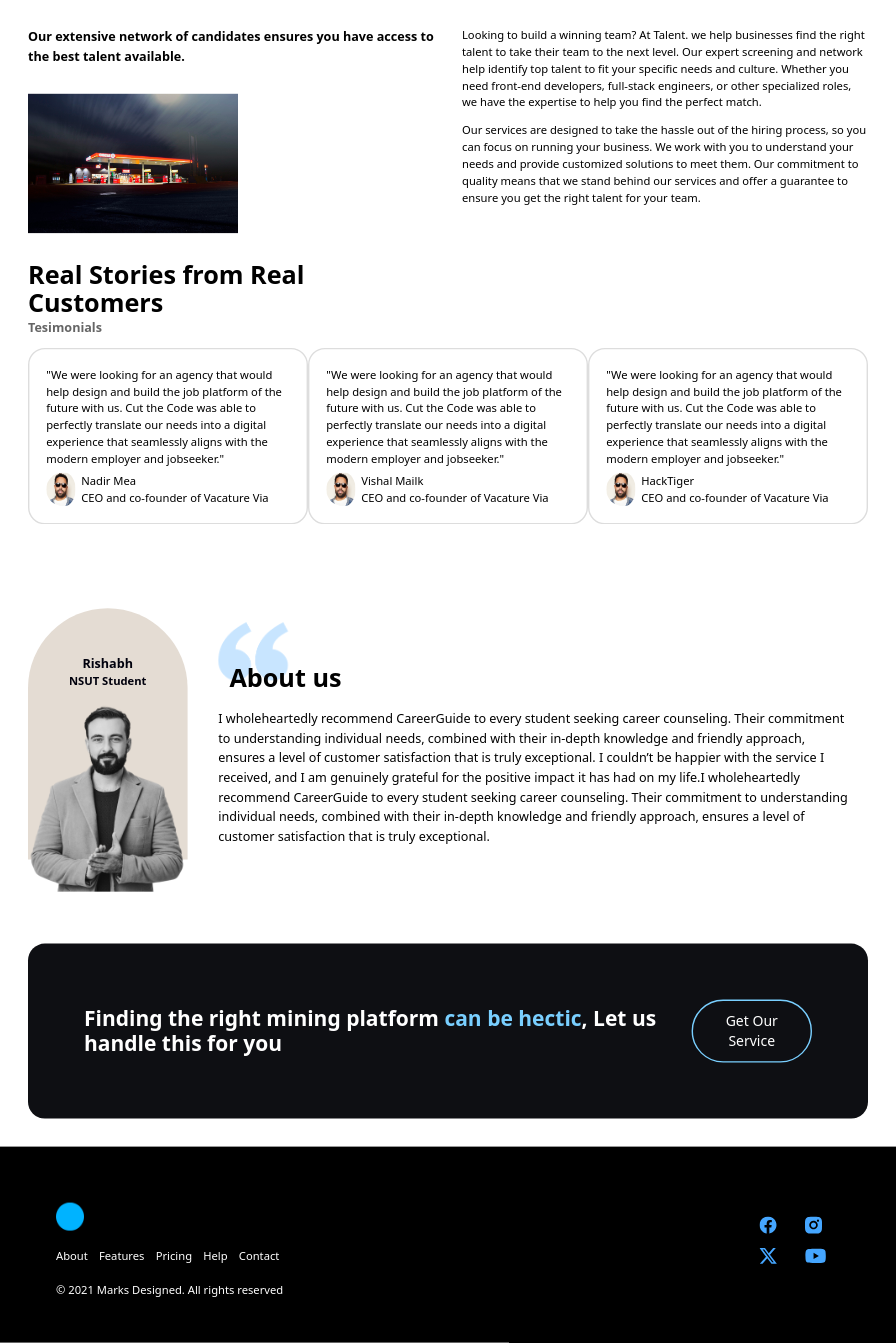
Repository: ayushtenguria/uniteksol
Page: /
The author's editor kept a copy of each file at every save. The page is drawn from the files as they stood at one save, then again after the next save.
The browser window is 1280 px wide. The pictures show the part of the page from y = 1050 to 2970 px (the page is 2968 px tall before and 2970 px after), at 70% of full size.
The project was rebuilt for these pictures with package versions that can differ from the ones it lists, and the page was loaded fresh each time. The framework's server and built-in components were replaced by stand-ins that run in the browser. Also part of the build but not shown: next.config.mjs.

Above is the page before, as saved 2024-02-23 21:09:50.

### pages/index.js
import Image from "next/image";
import { Inter } from "next/font/google";
import Layout from "@/components/Layout";
import Hero from "@/components/Hero";
import CompanyLogos from "@/components/companyLogos";
import Story from "@/components/Story";
import ServiceBanner from "@/components/serviceBanner";
import About from "@/components/About";
import Testimonials from "@/components/Testimonials";

const inter = Inter({ subsets: ["latin"] });

export default function Home() {
  return (
    <Layout>
      <Hero></Hero>
      <CompanyLogos></CompanyLogos>
      <Story></Story>
      <Testimonials></Testimonials>
      <About></About>
      <ServiceBanner></ServiceBanner>
    </Layout>
  );
}

### styles/globals.css
@tailwind base;
@tailwind components;
@tailwind utilities;

/* 79CFFF */

.btn-blue{
  background-color: #79CFFF;
  border-radius: 50px;
  padding: 5px 10px;
  font-weight: 500;
  margin-left: 4px;
}

.btn-black{
  background-color: #333333;
  color: #79CFFF;
  border-radius: 50px;
  padding: 15px 40px;
  font-weight: 500;
}

.btn-blueht{
  background-color: #0E0F13;
  color: #ffffff;
  border-radius: 50px;
  border: 2px solid #79CFFF;
  padding: 15px 40px;
  font-weight: 500;
}

### components/Layout.js
import Footer from "./Footer";
import Nav from "./Nav";

export default function Layout({children}){
    return(
        <div className="">
            <Nav></Nav>
                {children}
            <Footer></Footer>
        </div>
    )
}

### components/Hero.js
import Image from "next/image";
import Card from "./Card";

export default function Hero() {
  return (
    <div className="flex gap-4 m-10 grid-cols-2 justify-between text-fontBlack">
      <div className="w-1/2">
        <div className="my-10">
          <h1 className="text-4xl font-bold mb-6">
            We build your dream house with our passion
          </h1>
          <p className="text-lg font-semibold mb-6">
            Our core goal is to respond to today's{" "}
            <span className="underline">dynamic marked</span> by equipping our
            customers with the digital tools they need to remain competitive,
            build their business, and empower the consumer experience.
          </p>
          <button className="btn-black text-lg">Learn More</button>
        </div>
        <div>
          <div className="flex gap-4">
            <Card bgColor={"landingGray"}>
              <span className="text-lg font-bold pb-2">362</span>
              <br></br>Lorem ipsum dolor amet, consectetur adipiscing elit.
              Faucibus in libero.Lorem ipsum dolor amet,
            </Card>
            <Card bgColor={"landingBlue"}>
              <span className="text-lg font-bold pb-2">178K+</span>
              <br></br>
              Lorem ipsum dolor amet, consectetur adipiscing elit. Faucibus in
              libero.Lorem ipsum dolor amet,
            </Card>
          </div>
          <div>
            <Card bgColor={"landingGray"}>
              <div className="flex">
                <span className="text-lg font-bold pb-2">Title</span>
                <br></br>Lorem ipsum dolor amet, consectetur adipiscing elit.
                Faucibus in libero.Lorem ipsum dolor amet,
                <Image src="/home.png" width={200} height={200}></Image>
              </div>
            </Card>
          </div>
        </div>
      </div>
      <div className="w-1/2">
        <Image
          src="/pump2.jpg"
          width={800}
          height={800}
          alt="Petrol pump image"
        ></Image>
      </div>
    </div>
  );
}

### components/Story.js
import Image from "next/image";

export default function Story() {
  return (
    <div className="m-10 mt-20">
        <div><h2 className="text-4xl font-bold pb-10">Our Story</h2></div>
      <div className="flex gap-10">
        <div className="w-1/2">
          <h4 className="text-lg font-semibold pb-10">
            Our extensive network of candidates ensures you have access to the
            best talent available.
          </h4>
          <Image src="/pump3.jpg" width={300} height={300}></Image>
        </div>
        <div className="w-1/2">
          <p className="mb-4">
            Looking to build a winning team? At Talent. we help businesses find
            the right talent to take their team to the next level. Our expert
            screening and network help identify top talent to fit your specific
            needs and culture. Whether you need front-end developers, full-stack
            engineers, or other specialized roles, we have the expertise to help
            you find the perfect match.
          </p>
          <p>
            Our services are designed to take the hassle out of the hiring
            process, so you can focus on running your business. We work with you
            to understand your needs and provide customized solutions to meet
            them. Our commitment to quality means that we stand behind our
            services and offer a guarantee to ensure you get the right talent
            for your team.
          </p>
        </div>
      </div>
    </div>
  );
}

### components/serviceBanner.js
export default function ServiceBanner(){
    return(
        <div className="bg-landingBlack m-10 text-white p-20 rounded-3xl flex justify-between items-center font-semibold">
            <div className="text-3xl mr-10">
                Finding the right mining platform <span className="text-landingBlue">can be hectic</span>, Let us handle this for you
            </div>
            <div>
                <button className="btn-blueht text-xl">Get Our Service</button>
            </div>
        </div>
    )
}

### components/About.js
import Image from "next/image";

export default function About(){
    return(
        <div className="flex m-10 py-20 gap-6">
            <div className="bg-[#E4DCD3] rounded-t-full">
                <div className="flex justify-center relative top-16">
                    <p className="text-[#00010D] font-semibold"><span className="font-semibold flex justify-center text-lg">Rishabh</span> NSUT Student</p>
                </div>

                <Image src="/Person.png" width={1400} height={1400} className="relative top-20"></Image>
            </div>
            <div className="m-5">
                <Image src='/quote.png' width={100} height={100} className="relative z-0"></Image>
                <h2 className="text-4xl font-bold relative z-30 bottom-6 ml-4">
                    About us
                </h2>
                <p className="text-lg font-medium">
                I wholeheartedly recommend CareerGuide to every student seeking career counseling. Their commitment to understanding individual needs, combined with their in-depth knowledge and friendly approach, ensures a level of customer satisfaction that is truly exceptional. I couldn’t be happier with the service I received, and I am genuinely grateful for the positive impact it has had on my life.I wholeheartedly recommend CareerGuide to every student seeking career counseling. Their commitment to understanding individual needs, combined with their in-depth knowledge and friendly approach, ensures a level of customer satisfaction that is truly exceptional.
                </p>
            </div>
        </div>
    )
}

### components/Testimonials.js
import { TESTIMONIALS } from "@/constants/constants";
import Image from "next/image";
import Card from "./Card";
import SimpleSlider from "./SimpleSlider";
import Slider from "./SimpleSlider";

export default function Testimonials() {
  return (
    <div className="m-10">
      <div className="mb-4">
        <h1 className="w-1/3 text-4xl font-bold">
          Real Stories from Real Customers
        </h1>
        <p className="text-[#656565] font-semibold text-lg">Tesimonials</p>
      </div>

      <SimpleSlider dots={false} noOfSlides={3}>
        {TESTIMONIALS.map((t) => (
          <div className="rounded-3xl p-4 border-2 border-[#DDDDDD]">
            <div className="p-2">
              <div className="mb-2">"{t.description}"</div>
              <div className="flex">
                <Image src={t.src} width={50} height={50} className="rounded-full pr-2"></Image>
                <div>
                  <h3>{t.name}</h3>
                  <p>{t.designation}</p>
                </div>
              </div>
            </div>
          </div>
        ))}
      </SimpleSlider>
    </div>
  );
}

### components/Footer.js
import { FOOTER_LINKS } from "@/constants/constants";
import Image from "next/image";
import Link from "next/link";
import Socials from "./Socials";

export default function Footer() {
  return (
    <div className="w-screen h-full bg-black text-white flex justify-between p-20 pb-16">
      <div>
        <Image
          src="/blue-dot.png"
          width={40}
          height={40}
          alt="logo of company"
        ></Image>
        <div className="flex gap-4 my-6">
          {FOOTER_LINKS.map((item) => (
            <Link href={item.href}>{item.label}</Link>
          ))}
        </div>
      <div>© 2021 Marks Designed. All rights reserved</div>
      </div>
      <div>
        <Socials></Socials>
      </div>
    </div>
  );
}

### components/Nav.js
import { NAV_LINKS } from "@/constants/constants";
import Image from "next/image";
import Link from "next/link";

export default function Nav() {
  return (
    <div className="flex justify-between m-10">
      <div>
        <Image
          src="/blue-dot.png"
          width={40}
          height={40}
          alt="logo of company"
        ></Image>
      </div>
      <div className="hidden h-full lg:flex">
        {NAV_LINKS.map((item) => (
          <Link href={item.href} key={item.key} className="p-4">
            {item.label}
          </Link>
        ))}
        <button className="btn-blue">Book an Appointment!</button>
      </div>

      <div className="inline-block cursor-pointer lg:hidden">
        <svg
          xmlns="http://www.w3.org/2000/svg"
          fill="none"
          viewBox="0 0 24 24"
          stroke-width="1.5"
          stroke="currentColor"
          class="w-8 h-8"
        >
          <path
            stroke-linecap="round"
            stroke-linejoin="round"
            d="M3.75 6.75h16.5M3.75 12h16.5m-16.5 5.25h16.5"
          />
        </svg>
      </div>
    </div>
  );
}

### components/Card.js
export default function Card({title,bgColor,children,textColor}){
    const bgColorClass = bgColor ? `bg-${bgColor}` : "bg-black";
    const textColorClass = textColor ? `text-${textColor}` : "text-black";
    return(
        // <div className={bgColorClass+" rounded-lg border-2 border-black p-4 my-2" + textColorClass}>
        <div className={`bg-landingGray rounded-3xl p-4 m-2`}>
            {children}
        </div>
    )
}

### constants/constants.js
export const NAV_LINKS = [
    { href: '/solution', key: 'solution', label: 'Our Solution' },
    { href: '/nocode', key: 'no_code', label: 'No-Code' },
    { href: '/projects', key: 'projects', label: 'Projects' },
    { href: '/about', key: 'about', label: 'About us' },
    { href: '/contact', key: 'contact', label: 'Contact' }
];

export const FOOTER_LINKS = [
    { href: '/about', key: 'about', label: 'About' },
    { href: '/features', key: 'features', label: 'Features' },
    { href: '/pricing', key: 'pricing', label: 'Pricing' },
    { href: '/help', key: 'help', label: 'Help' },
    { href: '/contact', key: 'contact', label: 'Contact' }
];

export const TESTIMONIALS = [
    { src:'/testi1.png',name: 'Nadir Mea', designation:'CEO and co-founder of Vacature Via', key: 'about', description: 'We were looking for an agency that would help design and build the job platform of the future with us. Cut the Code was able to perfectly translate our needs into a digital experience that seamlessly aligns with the modern employer and jobseeker.' },
    { src:'/testi1.png',name: 'Vishal Mailk', designation:'CEO and co-founder of Vacature Via', key: 'about', description: 'We were looking for an agency that would help design and build the job platform of the future with us. Cut the Code was able to perfectly translate our needs into a digital experience that seamlessly aligns with the modern employer and jobseeker.' },
    { src:'/testi1.png',name: 'HackTiger', designation:'CEO and co-founder of Vacature Via', key: 'about', description: 'We were looking for an agency that would help design and build the job platform of the future with us. Cut the Code was able to perfectly translate our needs into a digital experience that seamlessly aligns with the modern employer and jobseeker.' },
    { src:'/testi1.png',name: 'Rishabh', designation:'CEO and co-founder of Vacature Via', key: 'about', description: 'We were looking for an agency that would help design and build the job platform of the future with us. Cut the Code was able to perfectly translate our needs into a digital experience that seamlessly aligns with the modern employer and jobseeker.' },
    { src:'/testi1.png',name: 'Nadir Mea', designation:'CEO and co-founder of Vacature Via', key: 'about', description: 'We were looking for an agency that would help design and build the job platform of the future with us. Cut the Code was able to perfectly translate our needs into a digital experience that seamlessly aligns with the modern employer and jobseeker.' },
    { src:'/testi1.png',name: 'Nadir Mea', designation:'CEO and co-founder of Vacature Via', key: 'about', description: 'We were looking for an agency that would help design and build the job platform of the future with us. Cut the Code was able to perfectly translate our needs into a digital experience that seamlessly aligns with the modern employer and jobseeker.' },
    { src:'/testi1.png',name: 'Nadir Mea', designation:'CEO and co-founder of Vacature Via', key: 'about', description: 'We were looking for an agency that would help design and build the job platform of the future with us. Cut the Code was able to perfectly translate our needs into a digital experience that seamlessly aligns with the modern employer and jobseeker.' },
]

### components/SimpleSlider.js
import "slick-carousel/slick/slick.css";
import "slick-carousel/slick/slick-theme.css";

import React from "react";
import Slider from "react-slick";

export default function SimpleSlider({children,dots,noOfSlides}) {
    var settings = {
      dots: dots,
      infinite: true,
      speed: 500,
      slidesToShow: noOfSlides,
      slidesToScroll: 1,
      initialSlide: 0,
      arrows:false,
      // autoplay: true,
      // speed: 3000,
      // autoplaySpeed: 3000,
      draggable:true,
      swipe:true,
      responsive: [
        {
          breakpoint: 1024,
          settings: {
            slidesToShow: 2,
            slidesToScroll: 1,
            infinite: true,
            dots: true
          }
        },
        {
          breakpoint: 600,
          settings: {
            slidesToShow: 1,
            slidesToScroll: 1,
            initialSlide: 1
          }
        },
        {
          breakpoint: 480,
          settings: {
            slidesToShow: 1,
            slidesToScroll: 1
          }
        }
      ]
    };
    return (
      <div className="slider-container">
        <Slider {...settings}>
        {children}
        </Slider>
      </div>
    );
  }

### components/Socials.js
export default function Socials() {
  return (
    <div>
      <div className="flex gap-10 m-5">
        <svg
          width="25"
          height="25"
          viewBox="0 0 25 25"
          fill="none"
          xmlns="http://www.w3.org/2000/svg"
        >
          <path
            d="M12.1528 0C5.4408 0 0 5.4408 0 12.1528C0 18.2182 4.44427 23.2458 10.2545 24.1585V15.6649H7.16771V12.1528H10.2545V9.47552C10.2545 6.43004 12.0677 4.74809 14.8446 4.74809C16.1741 4.74809 17.5644 4.98507 17.5644 4.98507V7.97465H16.0332C14.5226 7.97465 14.0523 8.91163 14.0523 9.87292V12.1528H17.4222L16.8839 15.6649H14.0523V24.1585C19.8613 23.2471 24.3056 18.217 24.3056 12.1528C24.3056 5.4408 18.8648 0 12.1528 0Z"
            fill="#45A6FF"
          />
        </svg>
        <svg
          width="25"
          height="25"
          viewBox="0 0 25 25"
          fill="none"
          xmlns="http://www.w3.org/2000/svg"
        >
          <path
            d="M12.1528 0C15.4547 0 15.8667 0.0121527 17.1622 0.0729166C18.4564 0.133681 19.3375 0.336632 20.1128 0.638021C20.9149 0.946702 21.5906 1.36476 22.2663 2.03924C22.8843 2.64675 23.3624 3.38162 23.6675 4.19271C23.9677 4.96684 24.1719 5.84913 24.2326 7.1434C24.2898 8.43889 24.3056 8.85087 24.3056 12.1528C24.3056 15.4547 24.2934 15.8667 24.2326 17.1622C24.1719 18.4564 23.9677 19.3375 23.6675 20.1128C23.3633 20.9244 22.885 21.6594 22.2663 22.2663C21.6586 22.8841 20.9238 23.3622 20.1128 23.6675C19.3387 23.9677 18.4564 24.1719 17.1622 24.2326C15.8667 24.2898 15.4547 24.3056 12.1528 24.3056C8.85087 24.3056 8.43889 24.2934 7.1434 24.2326C5.84913 24.1719 4.96806 23.9677 4.19271 23.6675C3.3813 23.3631 2.6463 22.8848 2.03924 22.2663C1.42115 21.6589 0.942972 20.924 0.638021 20.1128C0.336632 19.3387 0.133681 18.4564 0.0729166 17.1622C0.0157985 15.8667 0 15.4547 0 12.1528C0 8.85087 0.0121527 8.43889 0.0729166 7.1434C0.133681 5.84792 0.336632 4.96806 0.638021 4.19271C0.942127 3.38112 1.42042 2.64605 2.03924 2.03924C2.64648 1.42094 3.38142 0.942727 4.19271 0.638021C4.96806 0.336632 5.84792 0.133681 7.1434 0.0729166C8.43889 0.0157985 8.85087 0 12.1528 0ZM12.1528 6.07639C10.5412 6.07639 8.99567 6.71658 7.85612 7.85612C6.71658 8.99567 6.07639 10.5412 6.07639 12.1528C6.07639 13.7643 6.71658 15.3099 7.85612 16.4494C8.99567 17.589 10.5412 18.2292 12.1528 18.2292C13.7643 18.2292 15.3099 17.589 16.4494 16.4494C17.589 15.3099 18.2292 13.7643 18.2292 12.1528C18.2292 10.5412 17.589 8.99567 16.4494 7.85612C15.3099 6.71658 13.7643 6.07639 12.1528 6.07639ZM20.0521 5.77257C20.0521 5.36968 19.892 4.98329 19.6072 4.69841C19.3223 4.41352 18.9359 4.25347 18.533 4.25347C18.1301 4.25347 17.7437 4.41352 17.4588 4.69841C17.1739 4.98329 17.0139 5.36968 17.0139 5.77257C17.0139 6.17546 17.1739 6.56185 17.4588 6.84673C17.7437 7.13162 18.1301 7.29167 18.533 7.29167C18.9359 7.29167 19.3223 7.13162 19.6072 6.84673C19.892 6.56185 20.0521 6.17546 20.0521 5.77257ZM12.1528 8.50695C13.1197 8.50695 14.047 8.89106 14.7308 9.57479C15.4145 10.2585 15.7986 11.1858 15.7986 12.1528C15.7986 13.1197 15.4145 14.047 14.7308 14.7308C14.047 15.4145 13.1197 15.7986 12.1528 15.7986C11.1858 15.7986 10.2585 15.4145 9.57479 14.7308C8.89106 14.047 8.50695 13.1197 8.50695 12.1528C8.50695 11.1858 8.89106 10.2585 9.57479 9.57479C10.2585 8.89106 11.1858 8.50695 12.1528 8.50695Z"
            fill="#45A6FF"
          />
        </svg>
      </div>
      <div className="flex gap-10 m-5">
        <svg
          width="25"
          height="23"
          viewBox="0 0 25 23"
          fill="none"
          xmlns="http://www.w3.org/2000/svg"
        >
          <path
            d="M19.5234 0H23.3259L15.0207 9.5169L24.7917 22.4674H17.1419L11.1501 14.6116L4.29361 22.4674H0.489635L9.3728 12.2874L0 0H7.84501L13.2604 7.17874L19.5234 0ZM18.1909 20.1866H20.2982L6.6984 2.16152H4.43926L18.1909 20.1866Z"
            fill="#45A6FF"
          />
        </svg>
        <svg
          width="30"
          height="22"
          viewBox="0 0 30 22"
          fill="none"
          xmlns="http://www.w3.org/2000/svg"
        >
          <path
            d="M12.2356 15.5277L19.8044 11.1527L12.2356 6.77767V15.5277ZM29.094 4.10892C29.2836 4.79434 29.4148 5.71309 29.5023 6.87975C29.6044 8.04642 29.6481 9.05267 29.6481 9.92767L29.7356 11.1527C29.7356 14.3464 29.5023 16.6943 29.094 18.1964C28.7294 19.5089 27.8836 20.3548 26.5711 20.7193C25.8856 20.9089 24.6315 21.0402 22.7065 21.1277C20.8106 21.2298 19.0752 21.2735 17.4711 21.2735L15.1523 21.361C9.04189 21.361 5.23564 21.1277 3.73355 20.7193C2.42105 20.3548 1.57522 19.5089 1.21064 18.1964C1.02105 17.511 0.889803 16.5923 0.802303 15.4256C0.70022 14.2589 0.65647 13.2527 0.65647 12.3777L0.56897 11.1527C0.56897 7.95892 0.802303 5.611 1.21064 4.10892C1.57522 2.79642 2.42105 1.95059 3.73355 1.586C4.41897 1.39642 5.67314 1.26517 7.59814 1.17767C9.49397 1.07559 11.2294 1.03184 12.8336 1.03184L15.1523 0.944336C21.2627 0.944336 25.069 1.17767 26.5711 1.586C27.8836 1.95059 28.7294 2.79642 29.094 4.10892Z"
            fill="#45A6FF"
          />
        </svg>
      </div>
    </div>
  );
}

Loaded but not shown: pages/_app.js (common file); pages/_document.js (common file); components/companyLogos.js (library); tailwind.config.js (common file)

After the next save:
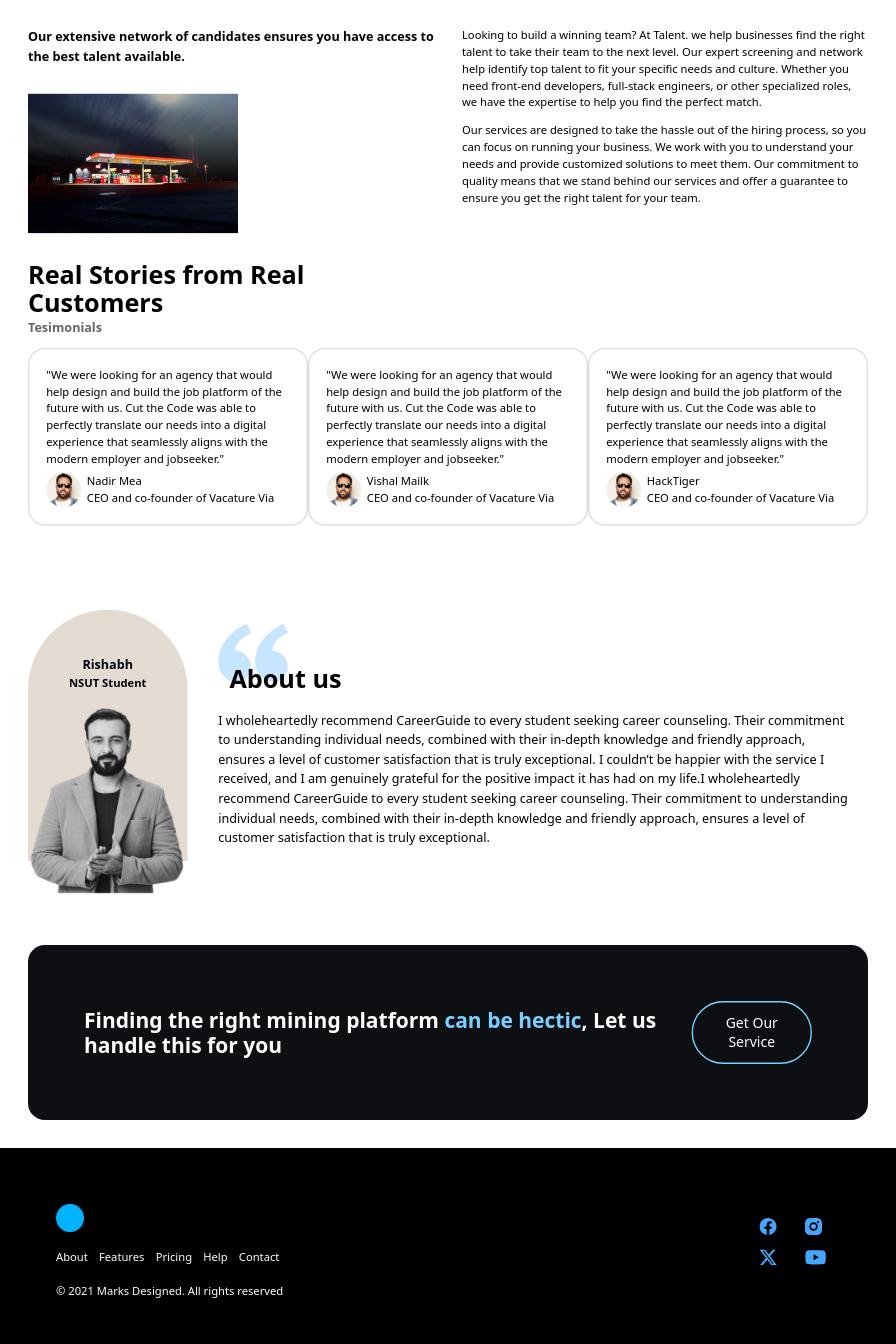
Saved 8 s later.
--- a/components/Testimonials.js
+++ b/components/Testimonials.js
@@ -20,7 +20,7 @@
             <div className="p-2">
               <div className="mb-2">"{t.description}"</div>
               <div className="flex">
-                <Image src={t.src} width={50} height={50} className="rounded-full pr-2"></Image>
+                <Image src={t.src} width={50} height={50} className="rounded-full mr-2"></Image>
                 <div>
                   <h3>{t.name}</h3>
                   <p>{t.designation}</p>
